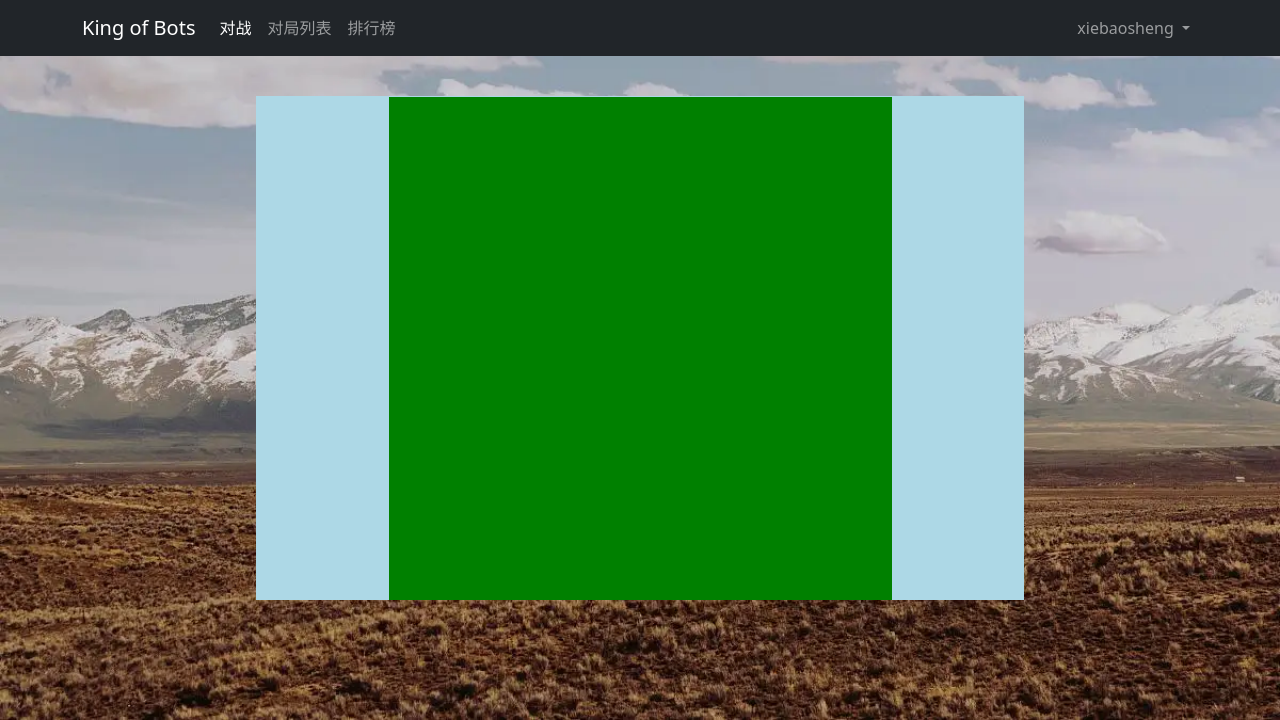
Repository: XieBaosheng/kob
Page: / (app in web/)
These files come from the project's save history. The page is drawn as it stood at one moment and after the next save; the edit follows.
The browser window is 1280 px wide. The pictures show the whole page.
The project was rebuilt for these pictures with package versions that can differ from the ones it lists, and the page was loaded fresh each time. Also part of the build but not shown: web/vue.config.js, web/src/components/ContentField.vue, web/src/views/record/RecordIndexView.vue, web/src/views/ranklist/RanklistIndexView.vue, web/src/views/user/bot/UserBotIndexView.vue, web/src/views/error/NotFound.vue.

Above is the page before, as saved 2024-05-29 20:59:06.

After the next save:
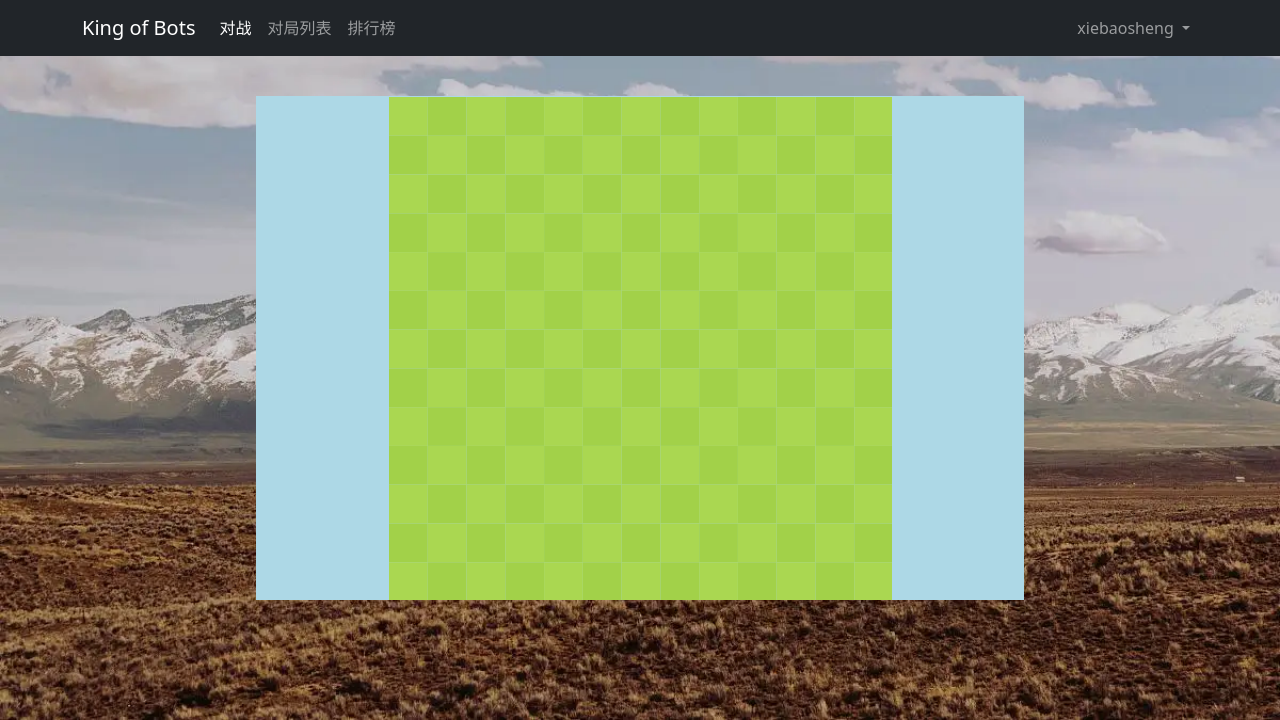
Saved 10 min 35 s later.
--- a/web/src/assets/scripts/GameMap.js
+++ b/web/src/assets/scripts/GameMap.js
@@ -28,8 +28,14 @@ export class GameMap extends AcGameObject {
     }
 
     render() {
-        this.ctx.fillStyle = 'green';
-        this.ctx.fillRect(0, 0, this.ctx.canvas.width, this.ctx.canvas.height);
-
+        // this.ctx.fillStyle = 'green';
+        // this.ctx.fillRect(0, 0, this.ctx.canvas.width, this.ctx.canvas.height);
+        const color_even = "#AAD751", color_odd = "#A2D149";
+        for(let r = 0; r < this.rows; r++){
+            for(let c = 0; c < this.cols; c++){
+                this.ctx.fillStyle = (r + c) % 2 == 0 ? color_even : color_odd;
+                this.ctx.fillRect(c * this.L, r * this.L, this.L, this.L);
+            }
+        }
     }
 }
